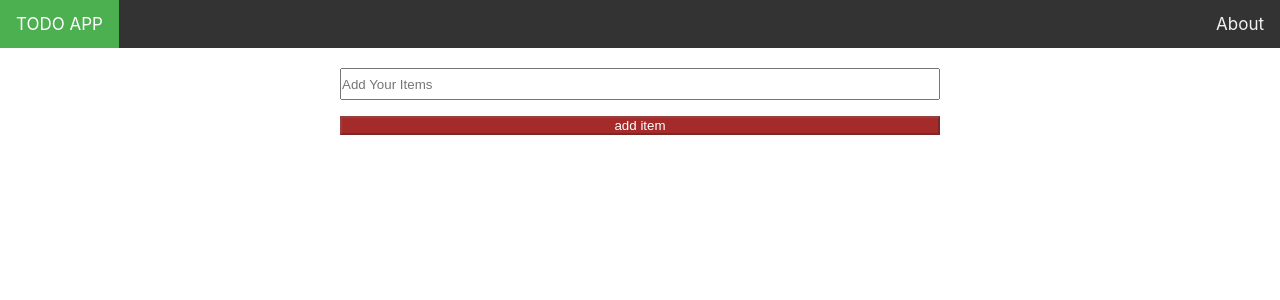
Repository: hoangphuong965/myTodoList
Page: /
The author's editor kept a copy of each file at every save. The page is drawn from the files as they stood at one save, then again after the next save.
The browser window is 1280 px wide. The pictures show the whole page.
The project was rebuilt for these pictures with package versions that can differ from the ones it lists, and the page was loaded fresh each time. Also part of the build but not shown: src/components/TodoItems.js.

Above is the page before, as saved 2020-06-01 21:29:15.

### public/index.html
<!DOCTYPE html>
<html lang="en">
  <head>
    <meta charset="utf-8" />
    <link rel="icon" href="%PUBLIC_URL%/favicon.ico" />
    <meta name="viewport" content="width=device-width, initial-scale=1" />
    <meta name="theme-color" content="#000000" />
    <meta
      name="description"
      content="Web site created using create-react-app"
    />
    <link rel="apple-touch-icon" href="%PUBLIC_URL%/logo192.png" />
    <!--
      manifest.json provides metadata used when your web app is installed on a
      user's mobile device or desktop. See https://developers.google.com/web/fundamentals/web-app-manifest/
    -->
    <link rel="manifest" href="%PUBLIC_URL%/manifest.json" />
    <!--
      Notice the use of %PUBLIC_URL% in the tags above.
      It will be replaced with the URL of the `public` folder during the build.
      Only files inside the `public` folder can be referenced from the HTML.

      Unlike "/favicon.ico" or "favicon.ico", "%PUBLIC_URL%/favicon.ico" will
      work correctly both with client-side routing and a non-root public URL.
      Learn how to configure a non-root public URL by running `npm run build`.
    -->
    <title>React App</title>
    <link rel="stylesheet" href="https://maxcdn.bootstrapcdn.com/font-awesome/4.7.0/css/font-awesome.min.css">
  </head>
  <body>
    <noscript>You need to enable JavaScript to run this app.</noscript>
    <div id="root"></div>
    <!--
      This HTML file is a template.
      If you open it directly in the browser, you will see an empty page.

      You can add webfonts, meta tags, or analytics to this file.
      The build step will place the bundled scripts into the <body> tag.

      To begin the development, run `npm start` or `yarn start`.
      To create a production bundle, use `npm run build` or `yarn build`.
    -->
  </body>
</html>

### src/App.js
import React, { Component } from "react";
import Navbar from "./components/Navbar/Navbar";
import TodoInput from "./components/TodoInput";
import TodoList from "./components/TodoList";
import { v4 as uuidv4 } from "uuid";

import "./components/todo.css";

export default class App extends Component {
  state = {
    items: [],
    id: uuidv4(),
    item: "",
    editItem: false,
  };
  handleChange = (e) => {
    this.setState({
      item: e.target.value,
    });
  };
  handleSubmit = (e) => {
    e.preventDefault();
    const newItem = {
      id: this.state.id,
      title: this.state.item,
    };
    const updateItem = [...this.state.items, newItem];
    this.setState({
      items: updateItem,
      id: uuidv4(),
      item: "",
      editItem: false,
    });
  };
  handleDelete = (id) => {
    const deleteItem = this.state.items.filter((item) => item.id !== id);
    this.setState({
      items: deleteItem,
      id: uuidv4(),
      item: "",
      editItem: false,
    });
  };

  handleEdit = (id) => {
    const filterItem = this.state.items.filter((item) => item.id !== id);
    const selectItem = this.state.items.find((item) => item.id === id);
    this.setState({
      items: filterItem,
      id: uuidv4(),
      item: selectItem.title,
      editItem: true,
    });
  };

  render() {
    return (
      <div>
        <Navbar />
        <div className="container">
          <TodoInput
            item={this.state.item}
            id={this.state.id}
            handleChange={this.handleChange}
            handleSubmit={this.handleSubmit}
            handleEdit={this.handleEdit}
          />
          <TodoList
            items={this.state.items}
            handleEdit={this.handleEdit}
            handleDelete={this.handleDelete}
          />
        </div>
      </div>
    );
  }
}

### src/components/Navbar/Navbar.js
import React, { Component } from "react";
import "./navbar.css";

export default class Navbar extends Component {
  render() {
    return (
      <div className="topnav">
        <a className="active" href="#home">
          TODO APP
        </a>
        <a href="#about">About</a>
      </div>
    );
  }
}

### src/components/TodoInput.js
import React, { Component } from "react";

export default class TodoInput extends Component {
  render() {
    const { item, handleChange, handleSubmit, handleEdit } = this.props;
    return (
      <div className="input">
        <form className="form" onSubmit={handleSubmit}>
          <span>
            <input
              type="text"
              className="input"
              placeholder="Add Your Items"
              value={item}
              onChange={handleChange}
            />
          </span>
          <button type="submit" disabled={item ? false : true} className="btn">
            {handleEdit ? "add item" : "edit item"}
          </button>
        </form>
      </div>
    );
  }
}

### src/components/TodoList.js
import React, { Component } from "react";
import TodoItems from "./TodoItems";

export default class TodoList extends Component {
  render() {
    const { items, handleEdit, handleDelete } = this.props;
    return (
      <div>
        <ul className="list">
          {items.map((item) => {
            return (
              <TodoItems
                key={item.id}
                title={item.title}
                handleEdit={() => handleEdit(item.id)}
                handleDelete={() => handleDelete(item.id)}
              />
            );
          })}
        </ul>
      </div>
    );
  }
}

### src/components/todo.css
*{
    margin: 0;
    padding: 0;
    box-sizing: border-box;
}

.container{
    margin: 0 auto;
    width: 600px;
}

.input{
    width: 600px;
    height: 2rem;
    margin: 10px 0px 0px 0px;

}

.list{
    margin: 2.5rem 0 0 0;
}

.item{
    margin: 10px 0 0 0;
    padding: 5px;
}

.item_li{
    list-style: none;
    display: flex;
    justify-content: space-between;
}

.pen{
    margin: 2rem;
}

.btn{
    display: block;
    width: 600px;
    margin: 1rem 0 0 0;
    background-color: brown;
    color: #ffffff;
    pad
}

### src/components/Navbar/navbar.css
/* Add a black background color to the top navigation */
.topnav {
    background-color: #333;
    overflow: hidden;
    display: flex;
    justify-content: space-between;
  }

  /* Style the links inside the navigation bar */
  .topnav a {
    color: #f2f2f2;
    text-align: center;
    padding: 14px 16px;
    text-decoration: none;
    font-size: 17px;
    transition: all 0.3s linear;
  }

  /* Change the color of links on hover */
  .topnav a:hover {
    background-color: #ddd;
    color: black;
  }

  /* Add a color to the active/current link */
  .topnav a.active {
    background-color: #4CAF50;
    color: white;
  }

Loaded but not shown: src/index.js (common file); src/index.css (common file); src/serviceWorker.js (common file)

After the next save:
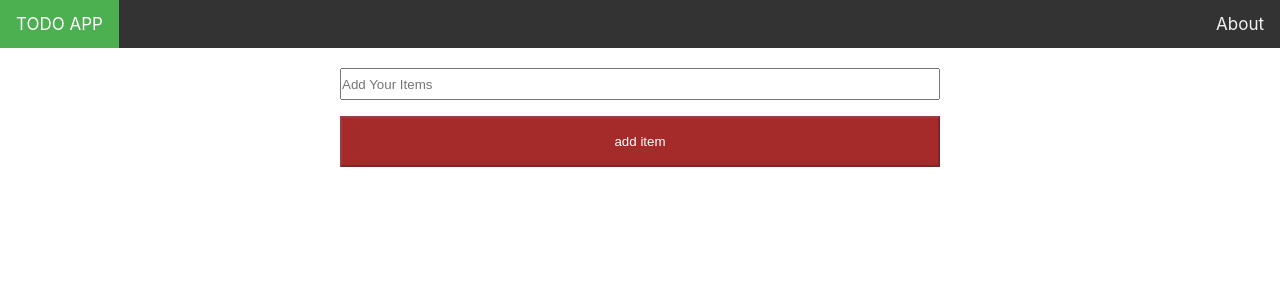
Saved 4 s later.
--- a/src/components/todo.css
+++ b/src/components/todo.css
@@ -41,5 +41,5 @@
     margin: 1rem 0 0 0;
     background-color: brown;
     color: #ffffff;
-    pad
+    padding: 1rem;
 }
